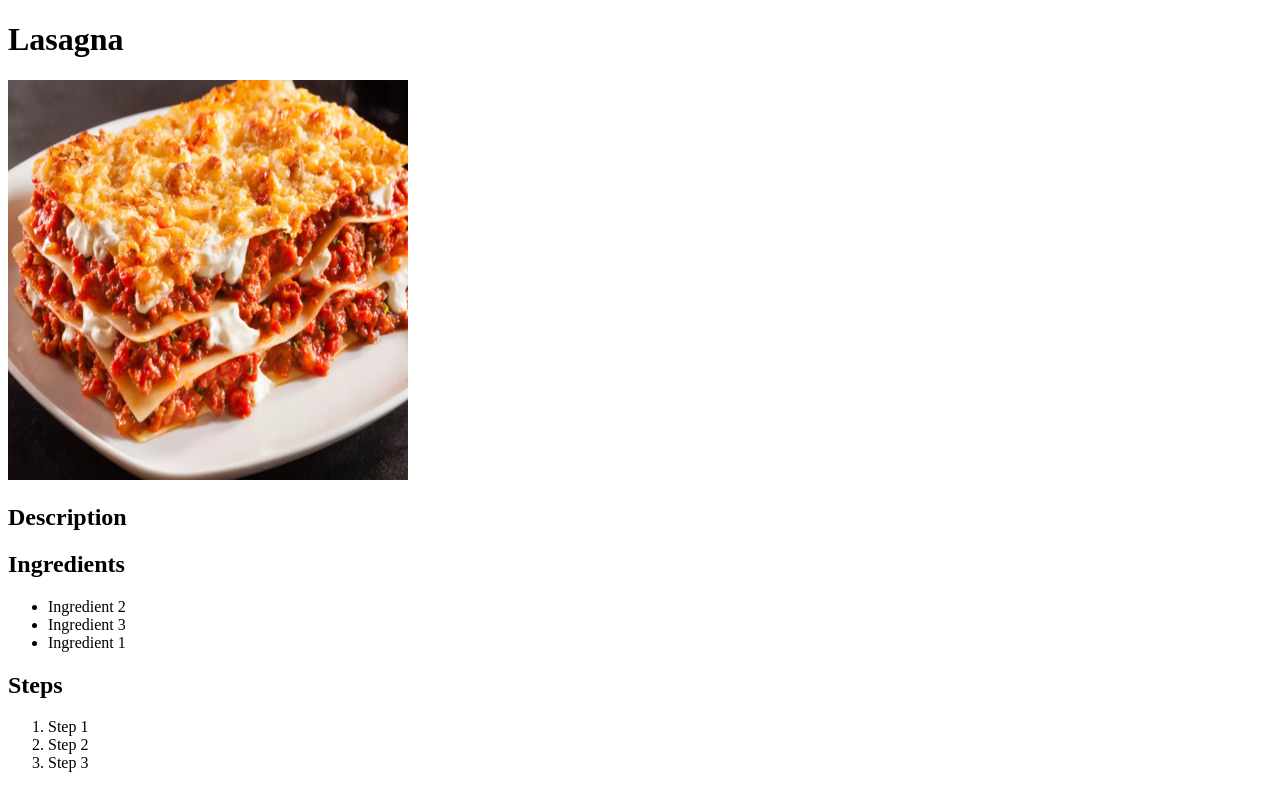
Repository: Pafestivo/odin-recipes
Page: recipes/lasagna.html
These files come from the project's save history. The page is drawn as it stood at one moment and after the next save; the edit follows.
The browser window is 1280 px wide. The pictures show the whole page.

Above is the page before, as saved 2022-09-24 12:42:16.

### recipes/lasagna.html
<!DOCTYPE html>
<html lang="en">
<head>
    <meta charset="UTF-8">
    <meta name="viewport" content="width=device-width, initial-scale=1.0">
    <title>Lasagna</title>
</head>
<body>
    <h1>Lasagna</h1>
    <img
    src="../images/lasagna.jpg"
    alt="An image of lasagna"
    width="400"
    height="400"
    />
    <h2>Description</h2>

    <h2>Ingredients</h2>
    <ul>
    <li>Ingredient 2</li>
    <li>Ingredient 3</li>
    <li>Ingredient 1</li>
    </ul>

    <h2>Steps</h2>
    <ol>
    <li>Step 1</li>
    <li>Step 2</li>
    <li>Step 3</li>
    </ol>
</body>
</html>

Loaded but not shown: css/recipe-styles.css (no stored copy; drawn as an empty file)

After the next save:
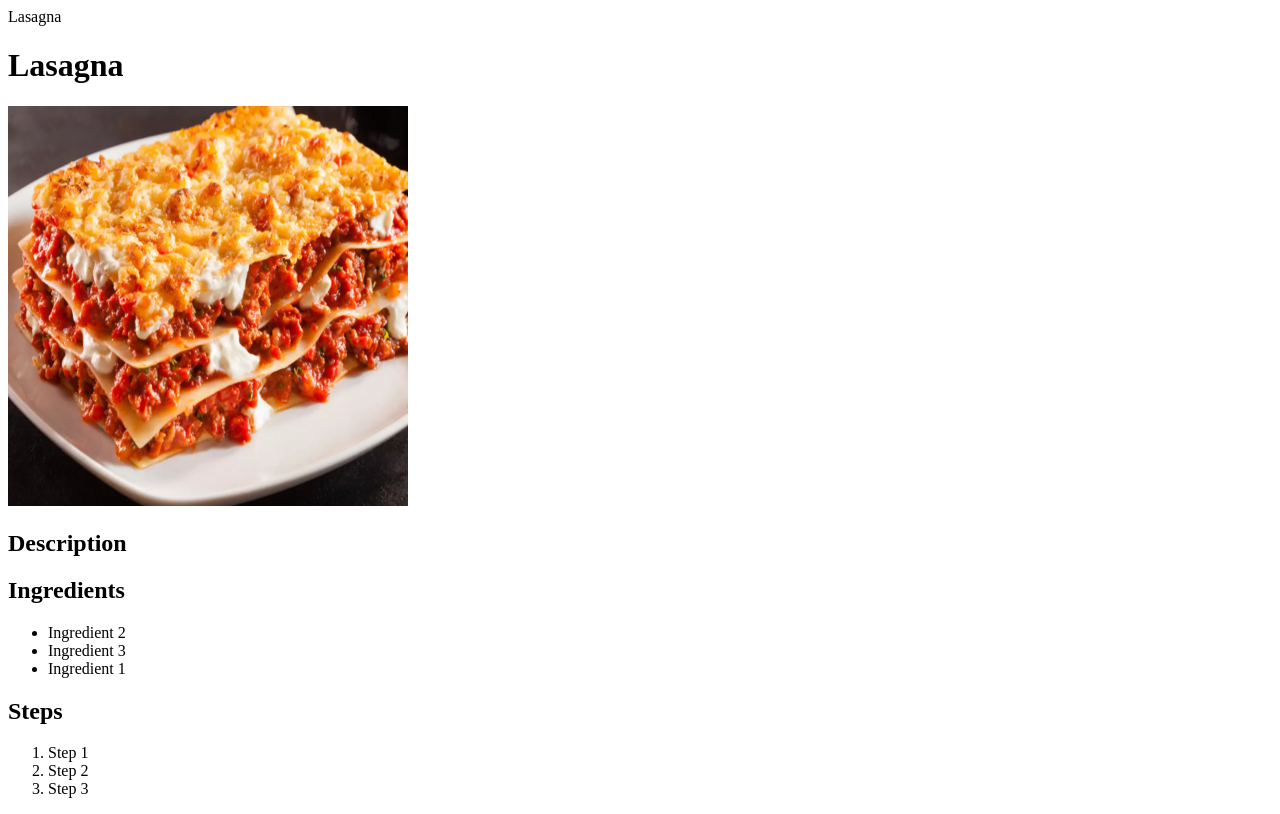
Saved 19 s later.
--- a/recipes/lasagna.html
+++ b/recipes/lasagna.html
@@ -3,6 +3,7 @@
 <head>
     <meta charset="UTF-8">
     <meta name="viewport" content="width=device-width, initial-scale=1.0">
+    <link rel="stylesheet" href="../css/recipe-styles.css"
     <title>Lasagna</title>
 </head>
 <body>

After the save that followed:
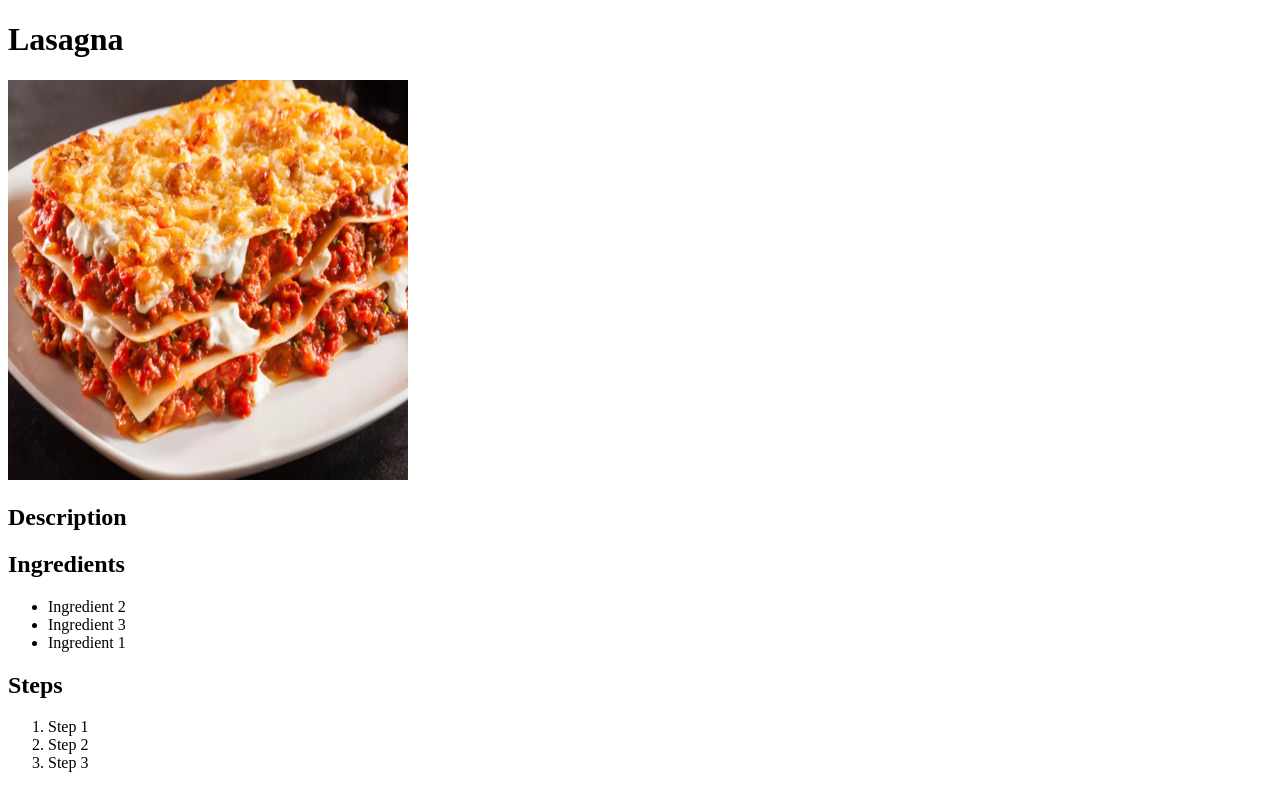
Saved 4 s later.
--- a/recipes/lasagna.html
+++ b/recipes/lasagna.html
@@ -3,7 +3,7 @@
 <head>
     <meta charset="UTF-8">
     <meta name="viewport" content="width=device-width, initial-scale=1.0">
-    <link rel="stylesheet" href="../css/recipe-styles.css"
+    <link rel="stylesheet" href="../css/recipe-styles.css">
     <title>Lasagna</title>
 </head>
 <body>
